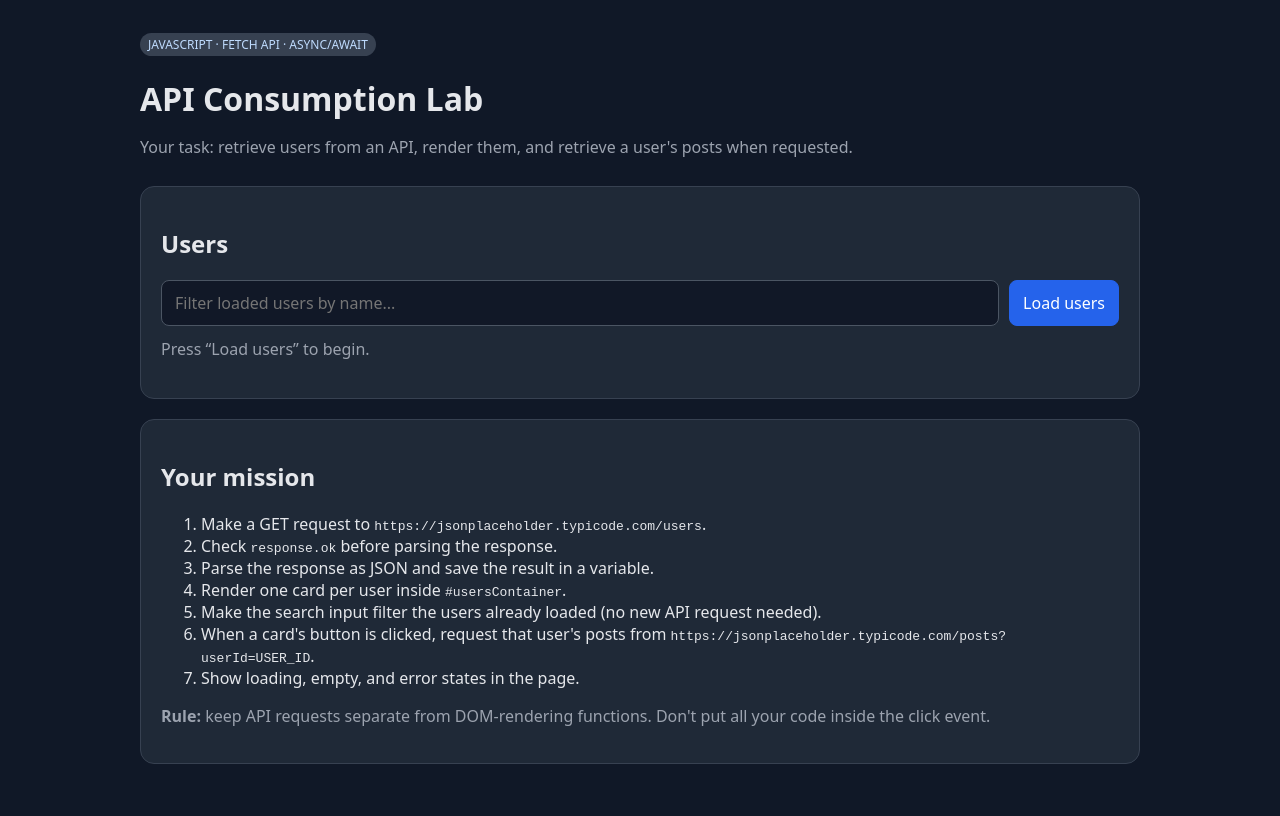
Repository: nico-madruga/users-API
Page: api_consumption_lab.html
An editor plug-in stored every save of this project. The page is shown before and after the next save, followed by the edit.
The browser window is 1280 px wide. The pictures show the whole page.

Above is the page before, as saved 2026-11-24 15:32:21.

After the next save:
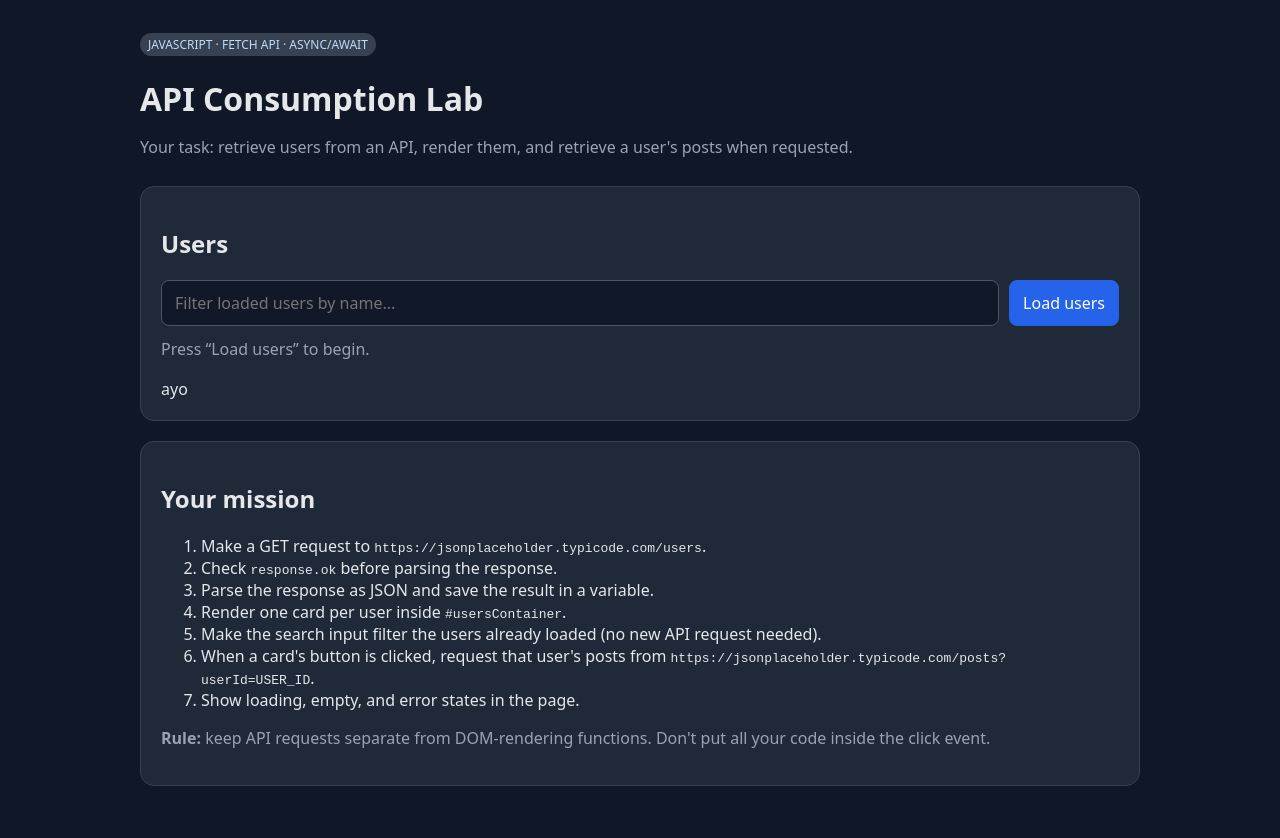
Saved 68 s later.
--- a/api_consumption_lab.html
+++ b/api_consumption_lab.html
@@ -89,7 +89,7 @@
         <button id="loadUsersBtn" type="button">Load users</button>
       </div>
       <p id="status" class="muted" role="status" aria-live="polite">Press “Load users” to begin.</p>
-      <div id="usersContainer" class="users-grid"></div>
+      <div id="usersContainer" class="users-grid">ayo</div>
     </section>
 
     <section id="details" class="panel">

After the save that followed:
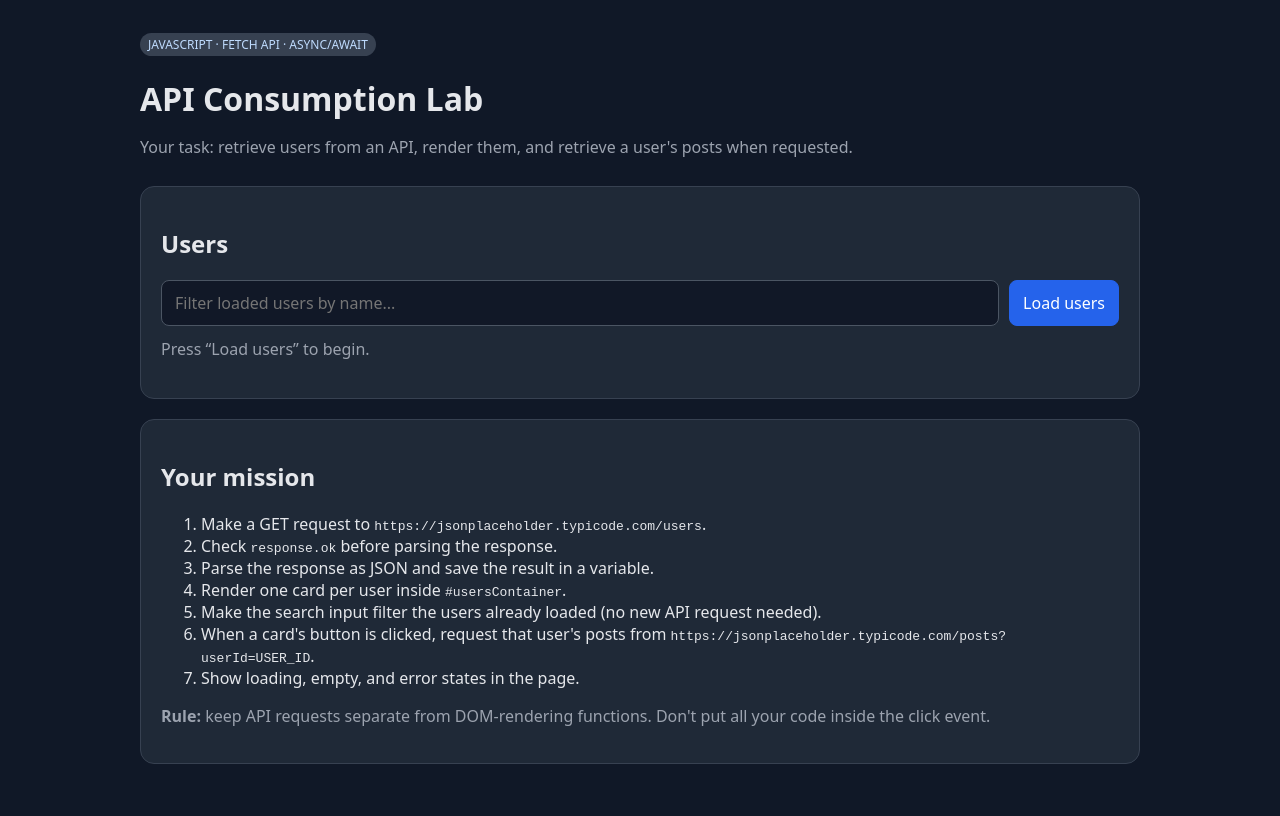
Saved 9 s later.
--- a/api_consumption_lab.html
+++ b/api_consumption_lab.html
@@ -89,7 +89,7 @@
         <button id="loadUsersBtn" type="button">Load users</button>
       </div>
       <p id="status" class="muted" role="status" aria-live="polite">Press “Load users” to begin.</p>
-      <div id="usersContainer" class="users-grid">ayo</div>
+      <div id="usersContainer" class="users-grid"></div>
     </section>
 
     <section id="details" class="panel">
